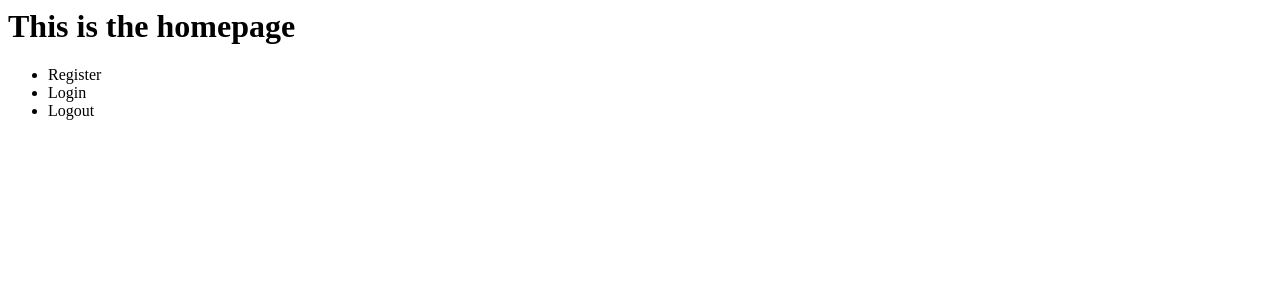
Repository: Shaney17/webdevbootcamp
Page: http://localhost/
The author's editor kept a record of every edit. The page is drawn from the files as they stood at one moment, then again after the next edit.
The browser window is 1280 px wide. The pictures show the whole page.
The page is served by the project's Node server (Authentication/AuthDemo/app.js). Other server files are loaded and not shown.

Above is the page before.

### workspace/Authentication/AuthDemo/views/home.ejs
<h1>This is the homepage</h1>

<ul>
    <li><a>Register</a></li>
    <li><a>Login</a></li>
    <li><a>Logout</a></li>
</ul>

### workspace/Authentication/AuthDemo/app.js
var express                 = require("express");
var mongoose                = require("mongoose");
var passport                = require("passport");
var bodyParser              = require("body-parser");
var LocalStrategy           = require("passport-local");
var passportLocalMongoose   = require("passport-local-mongoose");

var User                    = require("./models/user");

mongoose.connect("mongodb://localhost/auth_demo_app");

var app = express();
app.set("view engine", "ejs");
app.use(bodyParser.urlencoded({extended:true}));
app.use(require("express-session")({
    secret: "Rusty is the best and cutest dog in the world",
    resave: false,
    saveUninitialized: false
}));
app.use(passport.initialize());
app.use(passport.session());

passport.use(new LocalStrategy(User.authenticate()));
passport.serializeUser(User.serializeUser());
passport.deserializeUser(User.deserializeUser());

app.get("/", function(req, res){
   res.render("home");
});

app.get("/secret",isLoggedIn, function(req, res){
   res.render("secret");
});

//Auth Routes

//sign up
app.get("/register", function(req, res) {
   res.render("register");
});

app.post("/register", function(req, res){
   User.register(new User({username: req.body.username}), req.body.password, function(err, user){
      if(err){
          console.log(err);
          return res.render("register");
      }
      passport.authenticate("local")(req, res, function(){
        res.render("secret");
      });
   });
});

//login
app.get("/login", function(req, res) {
   res.render("login");
});

app.post("/login",passport.authenticate("local",{
    successRedirect: "/secret",
    failureRedirect: "/login"
}), function(req, res){

});

//logout
app.get("/logout", function(req, res) {
   req.logout();
   res.redirect("/");
});

function isLoggedIn(req, res, next){
    if(req.isAuthenticated()){
        return next();
    }
    res.redirect("/login");
}

app.listen(process.env.PORT, process.env.IP, function(){
   console.log("Server is running...");
});

After the next edit:
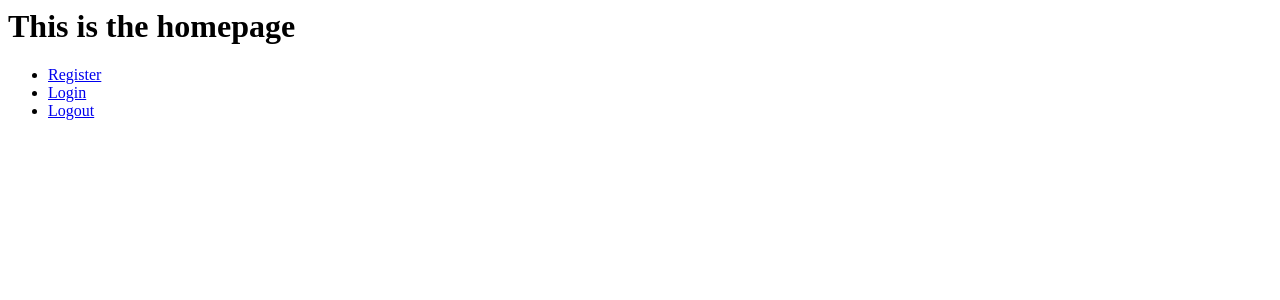
The edit:
--- a/workspace/Authentication/AuthDemo/views/home.ejs
+++ b/workspace/Authentication/AuthDemo/views/home.ejs
@@ -1,7 +1,7 @@
 <h1>This is the homepage</h1>
 
 <ul>
-    <li><a>Register</a></li>
-    <li><a>Login</a></li>
-    <li><a>Logout</a></li>
+    <li><a href="/register">Register</a></li>
+    <li><a href="login">Login</a></li>
+    <li><a href="/logout">Logout</a></li>
 </ul>
